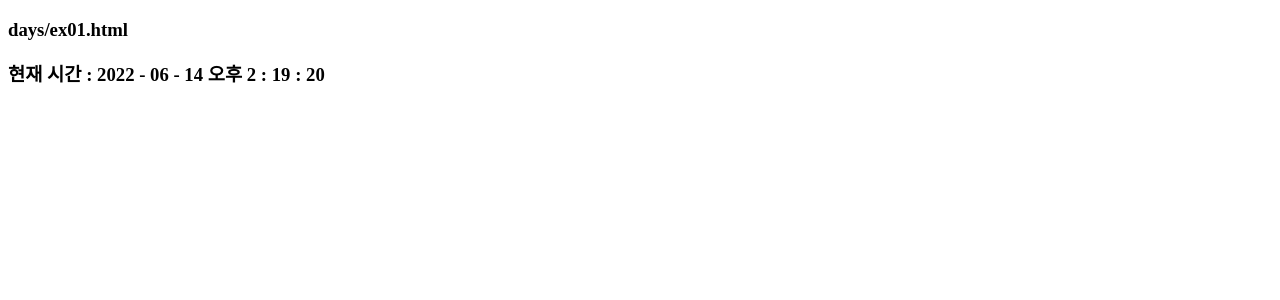
Repository: JavaYoo/kakao-emoticon-web-clone
Page: jspPro/src/main/webapp/days01/ex01.html
An editor plug-in stored every save of this project. The page is shown before and after the next save, followed by the edit.
The browser window is 1280 px wide. The pictures show the whole page.

Above is the page before, as saved 2022-06-14 05:20:01.

After the next save:
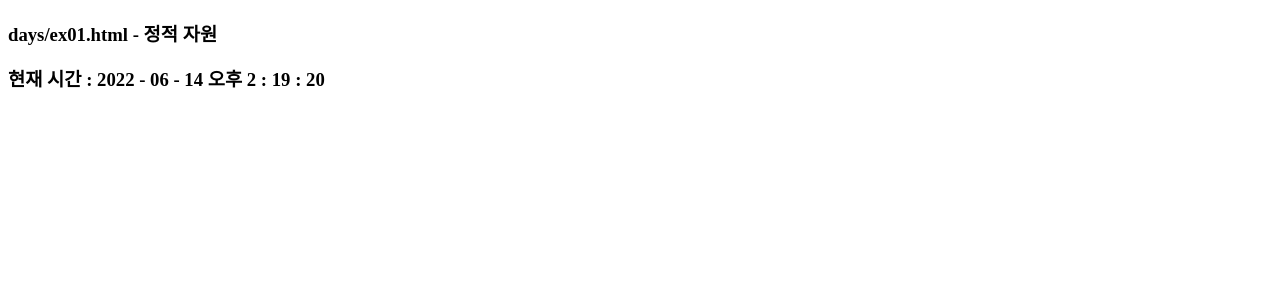
Saved 65 s later.
--- a/jspPro/src/main/webapp/days01/ex01.html
+++ b/jspPro/src/main/webapp/days01/ex01.html
@@ -9,7 +9,7 @@
 </head>
 <body>
 
-<h3>days/ex01.html</h3>
+<h3>days/ex01.html - 정적 자원</h3>
 
 <h3>현재 시간 : 2022 - 06 - 14 오후 2 : 19 : 20</h3>
 
